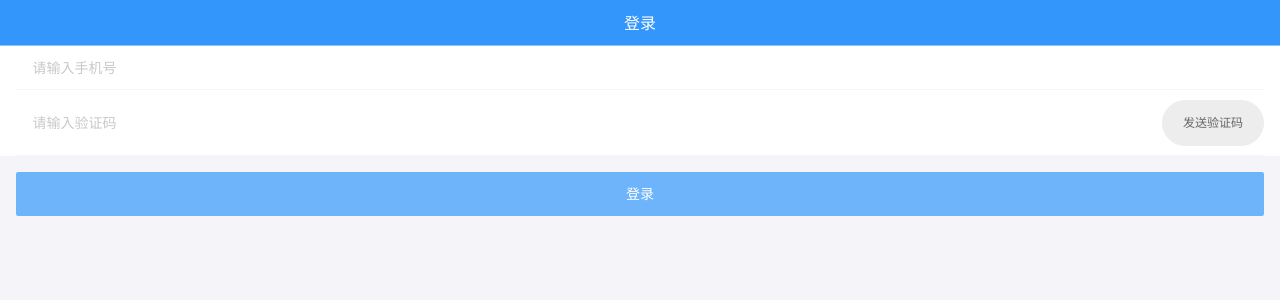
Repository: xn-lb/toutiao-mb
Page: /#/login
An editor plug-in stored every save of this project. The page is shown before and after the next save, followed by the edit.
The browser window is 1280 px wide. The pictures show the whole page.
Some web fonts or font styles are not loaded; a fallback is used. The project was rebuilt for these pictures with package versions that can differ from the ones it lists, and the page was loaded fresh each time. Also part of the build but not shown: vue.config.js.

Above is the page before, as saved 2023-03-22 20:21:43.

### src/main.js
import Vue from 'vue'
import App from './App.vue'
import router from './router'
import store from './store'
// 加载全局样式
import './styles/index.less'
import Vant from 'vant' //加载Vant 组件库
import 'vant/lib/index.css'
import 'amfe-flexible' //加载动态设置  rem 基准值

Vue.use(Vant); //注册使用组件库

Vue.config.productionTip = false

new Vue({
    router,
    store,
    render: h => h(App)
}).$mount('#app')

### src/App.vue
<template>
  <div id="app">
  <!-- 路由的出口 -->
    <router-view></router-view>



  </div>
</template>
<script>
export default {
  name: 'APP'
}
</script>
<style lang="less">

</style>

### src/router/index.js
import Vue from 'vue'
import VueRouter from 'vue-router'



Vue.use(VueRouter)

// 路由表
const routes = [{
    path: '/login',
    name: 'LoginIndex',
    component: () =>
        import ('@/views/login')
}]

const router = new VueRouter({
    routes
})

export default router

### src/styles/index.less
// 全局样式文件
// 加载图标样式
@import "./icon.less";

body{
    background-color: #f5f5f9;
}
.page-nav-bar{
    background-color: #3296fa;
    .van-nav-bar__title{
        color: #fff;
    }
}

### src/views/login/index.vue
<template>
  <div class="login-container">
    <!-- 导航栏 -->
    <van-nav-bar class="page-nav-bar" title="登录" />

    <!-- 登录表单 -->
    <van-form @submit="onSubmit">
  <van-field

    name="用户名"
    placeholder="请输入手机号"
   >
      <i slot="left-icon" class="toutiao toutiao-shouji"></i>
   </van-field>
  <van-field
    type="password"
    name="密码"
    placeholder="请输入验证码"
  >
   <i slot="left-icon" class="toutiao toutiao-yanzhengma"></i>
   <template #button>
    <van-button size="small" type="default" round class="send-sms-btn">发送验证码</van-button>
  </template>
  </van-field>
  <div style="margin: 16px;">
    <van-button  block type="info" native-type="submit" class="login-btn-wrap">登录</van-button>
  </div>
</van-form>
  </div>
</template>

<script>
export default {
  name: 'LoginPage',
  components: {},
  props: {},
  data () {
    return {}
  },
  computed: {},
  watch: {},
  created () {},
  mounted () {},
  methods: {}
}
</script>

<style scoped lang="less">
.page-nav-bar{
  background-color:#3296fa;
}
.login-container{
  .toutiao{
    font-style: 37px;
  }
}
.send-sms-btn{
  background-color: #ededed;
  font-style: 22px;
  color: #666;
  width: 102px;
  height: 46px;
  // line-height: 46;
}
.login-btn-wrap{
  background-color: #6db4fb;
  border: none;
    .van-button__text{
      font-style: 42px;
    }
}
</style>

### src/styles/icon.less
@font-face {
    font-family: "toutiao"; /* Project id 3968849 */
    src: url('//at.alicdn.com/t/c/font_3968849_y288fdc89co.eot?t=1679462277967'); /* IE9 */
    src: url('//at.alicdn.com/t/c/font_3968849_y288fdc89co.eot?t=1679462277967#iefix') format('embedded-opentype'), /* IE6-IE8 */
         url('//at.alicdn.com/t/c/font_3968849_y288fdc89co.woff2?t=1679462277967') format('woff2'),
         url('//at.alicdn.com/t/c/font_3968849_y288fdc89co.woff?t=1679462277967') format('woff'),
         url('//at.alicdn.com/t/c/font_3968849_y288fdc89co.ttf?t=1679462277967') format('truetype'),
         url('//at.alicdn.com/t/c/font_3968849_y288fdc89co.svg?t=1679462277967#toutiao') format('svg');
  }

  .toutiao {
    font-family: "toutiao" !important;
    font-size: 16px;
    font-style: normal;
    -webkit-font-smoothing: antialiased;
    -moz-osx-font-smoothing: grayscale;
  }

  .toutiao-guanbi:before {
    content: "\e601";
  }

  .toutiao-gengduo:before {
    content: "\e602";
  }

  .toutiao-pinglun:before {
    content: "\e603";
  }

  .toutiao-shanchu:before {
    content: "\e604";
  }

  .toutiao-dianzan:before {
    content: "\e605";
  }

  .toutiao-lishi:before {
    content: "\e606";
  }

  .toutiao-shipin:before {
    content: "\e607";
  }

  .toutiao-shoucang:before {
    content: "\e608";
  }

  .toutiao-yanzhengma:before {
    content: "\e609";
  }

  .toutiao-wenda:before {
    content: "\e60a";
  }

  .toutiao-fenxiang:before {
    content: "\e60b";
  }

  .toutiao-youjiantou:before {
    content: "\e60c";
  }

  .toutiao-wuwangluo:before {
    content: "\e60d";
  }

  .toutiao-shouji:before {
    content: "\e60e";
  }

  .toutiao-zuojiantou:before {
    content: "\e60f";
  }

  .toutiao-shouye:before {
    content: "\e610";
  }

  .toutiao-wode:before {
    content: "\e611";
  }

  .toutiao-sousuo:before {
    content: "\e612";
  }

  .toutiao-zuopin:before {
    content: "\e613";
  }

  .toutiao-yuedu:before {
    content: "\e614";
  }

Loaded but not shown: public/index.html (common file); src/store/index.js (common file)

After the next save:
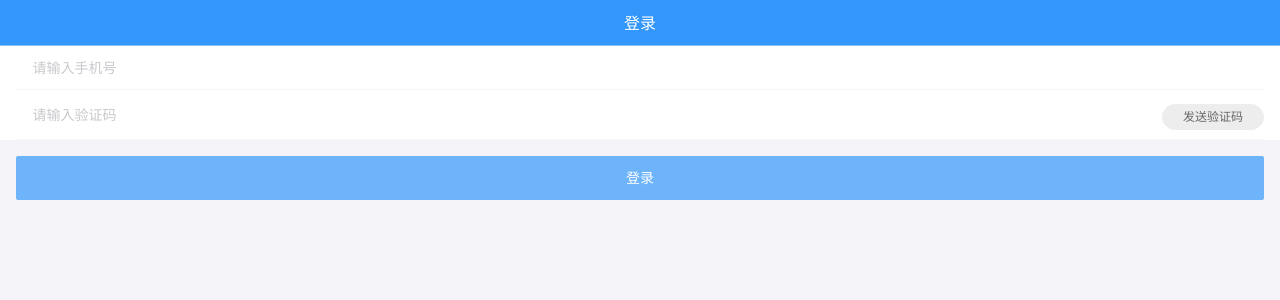
Saved 7 s later.
--- a/src/views/login/index.vue
+++ b/src/views/login/index.vue
@@ -59,7 +59,7 @@ export default {
   font-style: 22px;
   color: #666;
   width: 102px;
-  height: 46px;
+  height: 26px;
   // line-height: 46;
 }
 .login-btn-wrap{
